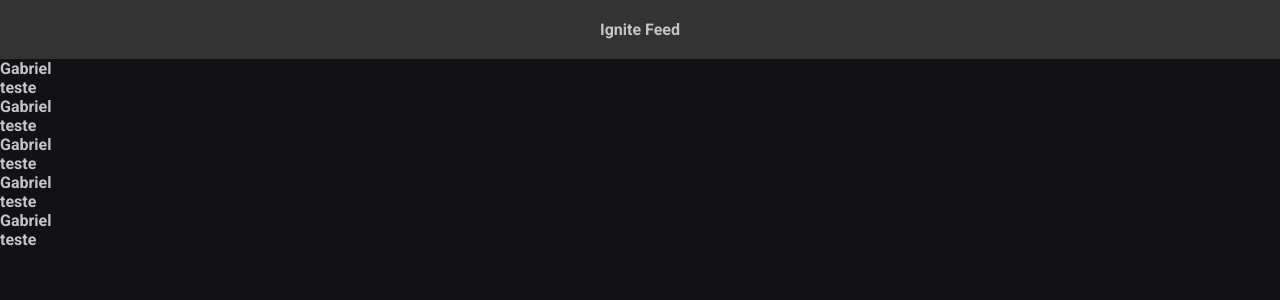
Repository: viniimartins/reactFundamentosRocketseat
Page: /
An editor plug-in stored every save of this project. The page is shown before and after the next save, followed by the edit.
The browser window is 1280 px wide. The pictures show the whole page.
The project was rebuilt for these pictures with package versions that can differ from the ones it lists, and the page was loaded fresh each time. Also part of the build but not shown: vite.config.js.

Above is the page before, as saved 2023-04-28 15:47:54.

### index.html
<!DOCTYPE html>
<html lang="en">
  <head>
    <meta charset="UTF-8" />

    <link rel="preconnect" href="https://fonts.googleapis.com">
    <link rel="preconnect" href="https://fonts.gstatic.com" crossorigin>

    <link rel="icon" type="image/svg+xml" href="/vite.svg" />
    <meta name="viewport" content="width=device-width, initial-scale=1.0" />


    <link href="https://fonts.googleapis.com/css2?family=Montserrat&family=Roboto:wght@700&display=swap" rel="stylesheet">


    <title>Vite + React</title>
  </head>
  <body>
    <div id="root"></div>
    <script type="module" src="/src/main.jsx"></script>
  </body>
</html>

### src/App.jsx
import { Header } from './Components/Header'
import { Post } from './Post'

import './global.css'


function App() {
  return (
    <>
      <Header />
      <Post
        author="Gabriel"
        content="teste"
      />
      <Post
        author="Gabriel"
        content="teste"
      />
      <Post
        author="Gabriel"
        content="teste"
      />
      <Post
        author="Gabriel"
        content="teste"
      />
      <Post
        author="Gabriel"
        content="teste"
      />
    </>
  )
}

export default App

### src/Components/Header.jsx
import styles from './Header.module.css';
import IgniteLogo from '../assets/ignite-logo.svg'

export function Header() {
    return (
        <header className={styles.header}>
            <strong>Ignite Feed</strong>
        </header>
    );
}

### src/Post.jsx


export function Post({ author, content }) {
    return (
        <div>
            <strong>{author}</strong>
            <p>{content}</p>
        </div>

    )
}

### src/global.css
:root {
  --white: #fff;

  --gray-100: #e1e1e6;
  --gray-300: #c4c4cc;
  --gray-400: #8d8d99;
  --gray-500: #323238;
  --gray-700: #29292e;
  --gray-800: #202024;
  --gray-900: #121214;

  --green-500: #00875f;
}

* {
  margin: 0;
  padding: 0;
  box-sizing: border-box;
}

body {
  background: var(--gray-900);
  color: var(--gray-300);
  -webkit-font-smoothing: antialiased;
}


body , input , textarea , button {
    font-family: 'Roboto', sans-serif;
    font-weight: 400;
    font-size: 1rem;
}

### src/Components/Header.module.css
.header {
    background: #333;
    display: flex;
    justify-content: center;
    padding: 1.25rem 0
}

Loaded but not shown: src/main.jsx (common file)

After the next save:
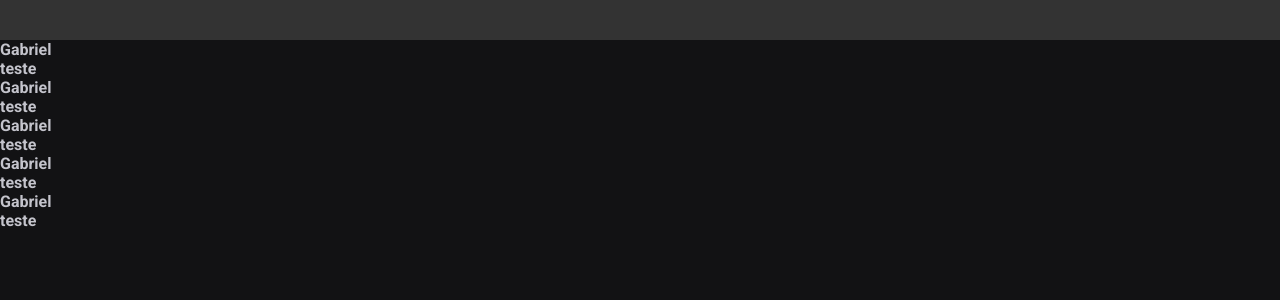
Saved 37 s later.
--- a/src/Components/Header.jsx
+++ b/src/Components/Header.jsx
@@ -4,7 +4,6 @@
 export function Header() {
     return (
         <header className={styles.header}>
-            <strong>Ignite Feed</strong>
         </header>
     );
 }
